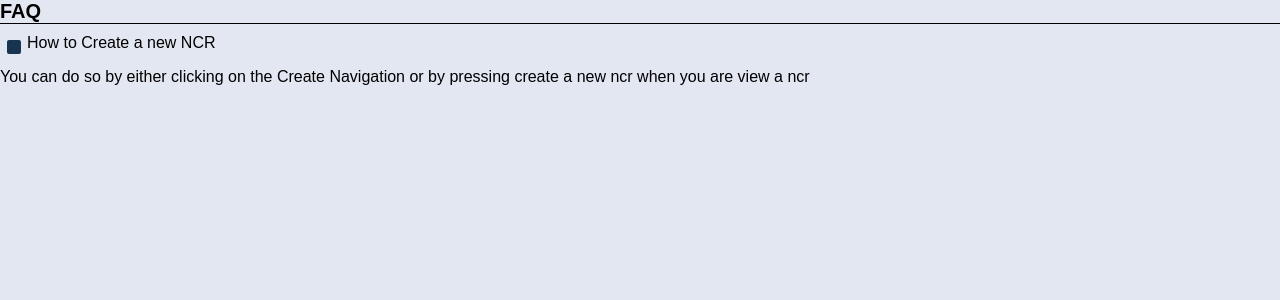
Repository: NyleNC/OSSProg1180
Page: OSS-CrossFire/faq.html
The author's editor kept a copy of each file at every save. The page is drawn from the files as they stood at one save, then again after the next save.
The browser window is 1280 px wide. The pictures show the whole page.

Above is the page before, as saved 2024-11-07 18:31:58.

### OSS-CrossFire/faq.html
<!DOCTYPE html>
<html lang="en">
<head>
    <meta charset="UTF-8">
    <meta name="viewport" content="width=device-width, initial-scale=1.0">
    <link rel="preconnect" href="https://fonts.googleapis.com">
    <link rel="preconnect" href="https://fonts.gstatic.com" crossorigin>
    <link href="https://fonts.googleapis.com/css2?family=Merriweather+Sans:wght@300;400;500&display=swap" rel="stylesheet">

    <link href='https://unpkg.com/boxicons@2.1.4/css/boxicons.min.css' rel='stylesheet'>
    <link rel="stylesheet" href="style.css">
    <title>FAQ</title>
</head>
<body>
    <div>
    <h2>FAQ</h2>
    <div>
        <input type="checkbox" for="item-1">
        <label for="item-1">How to Create a new NCR</label>
        <p>You can do so by either clicking on the Create Navigation or by pressing create a new ncr when you are view a ncr</p>
    </div>

</div>
</body>
</html>

### OSS-CrossFire/style.css
/* Radin's CSS Code */


.global-header {
    display: grid;
    grid-template-columns: repeat(2,1fr);
    grid-template-rows: 60px;
    margin: 10px 60px 0;
}

.logo img {
    max-width: 190px;
    height: auto;

}

.global-selection a{
    color:#0F0F0F
}
.form-input{
    display: inline;
    white-space: nowrap;
}



.form-input button {
    margin-top: 10px;

}

.bx.bx-search {
    padding-top: 2px;

}

.search-btn{
    background-color: #A3D6FF;
    border: 2px solid #0F0F0F;
    margin-left: 0;
}

.search-input{
    margin-top: 10px;
    margin-right: 0;
    border: 2px solid #0F0F0F;
    border-right: none;
}

.form-input{
    white-space: nowrap;
    display: flex;
}
.form-input input {
    padding-right: 10px;

}

.notifications {

    margin: 15px 20px 0 20px;

}

.employee-info{
    white-space: nowrap;
}

.employee-info p {
    font-size: 15px;
    display: inline-block;
    margin: 16px 0 20px 0 ;
    padding-bottom: 20px;
}

.settings {
    margin:17px 7px 0 20px ;
    justify-content: right;
}


.global-selection{
    display: inline-flex;
    padding-top: 5px;
    justify-content: right;
}


.navbar-pages ul{
    list-style-type: none;
    padding: 0;
    margin: 0  0 0 60px;
    overflow: hidden;
    display: inline-block;
    border-bottom: 2px solid #A3D6FF;
}

.navbar-pages a{
    color: #0F0F0F;
    text-decoration: none;
    padding: 10px 25px;
    display:block;
    text-align: center;
}
.navbar-pages a:active{
    background-color:#A3D6FF;
    font-weight: bold;
    border-bottom: 2px solid #A3D6FF;
    margin-bottom: -2px;
}

.navbar-pages li a:hover{
    color: #D81E5B;
}

.navbar-pages .active a:hover{
    color: #0F0F0F;
}

.navbar-pages{
    margin:0;
    z-index: 5;
}

.navbar-pages a{
    font-size: 18px;
}
.navbar-pages li{
    float:left;
    border-width: 4px;
    border: 2px solid #0F0F0F;
}

.navbar-pages li:nth-of-type(1){
    border-right: 0px solid #0F0F0F;
}

.navbar-pages li:nth-of-type(3){
    border-left: 0px solid #0F0F0F;
}

.navbar-pages .active {
    background-color:#A3D6FF
    ;
    font-weight: bold;
    border-bottom: 4px solid #A3D6FF;
    margin-bottom: -2px;

}

.navbar-tools{
    border-top: 2px solid #0F0F0F;
    margin-top: -7px;
}

.navbar-tools ul{
    background-color: #A3D6FF;
    margin-top: -2px;
    margin-bottom: 0;
    border-top: 2px solid #0F0F0F;
    border-bottom: 2px solid #0F0F0F;
    list-style-type: none;
    padding: 20px 60px 10px;
    display: flex;
}

.navbar-tools li{
    margin-right: 40px;

}

.navbar-tools a {
    float: right;
    padding: 3px 6px;
    text-decoration: none;
}

.navbar-tools .ddlRole{
    margin-right: 0px;
    margin-left: auto;
}

.sidebar{

    background-color: #173451;
    color: white;
    padding-top: 20px;
    padding-left: 40px;
}

.sidebar h1{
    width: 85%;
    font-weight: lighter;
    border-bottom: 2px solid #E3E7F2;
}

.filters h2{
    font-weight: bold;
    margin-top: 30px;
    font-size: 1.4em;
    border-bottom: none;
}

.filters{
    font-size: 0.8em;
    white-space: nowrap;
}


input[type='checkbox'] {
    -webkit-appearance: none;
    width: 20px;
    height: 20px;
    background: #173451;
    border-radius: 5px;
    border: 3px solid #E3E7F2;
    float: left;
}
input[type='checkbox']:checked {
    background: #3a8fff;
}

.filters label{
    display: inline-block;
    font-size: 1.1em;
    margin-left: 3px;
    margin-top: 5px;
}


input::-webkit-calendar-picker-indicator {
    opacity: 100;
}

 *:focus-visible{
    outline: 2px solid #D81E5B;
}
@media only screen and (max-width: 800px) {
    .global-header {
    margin: 10px 20px 0;
    }

    .logo img{
        max-width: 150px;
        margin-top: 5px;
    }


    .search-btn{
        background-color: #A3D6FF;
        border: 2px solid #0F0F0F;
        margin-left: 0;
    }

    .search-input{
        margin-top: 10px;
        margin-right: 0;
        border: 2px solid #0F0F0F;
        border-right: none;
    }

    .form-input{
        white-space: nowrap;
        display: flex;
    }
    .notifications {

        margin: 15px 5px 0 10px;

    }

  }

/* Yaseen's CSS Code */

  * {
    box-sizing: border-box;
  }

.column-1 h2{
    margin-top: 20px;
    margin-bottom: 10px;
    margin-left: 10px;
    border-bottom: 1px solid black;
}

.ncr-table-body td {
    padding-right: 5em;
}

.pagination {
    float: right;
}

.pageCount {
    padding-right: 50px;
}

.pageButtons, .pageCount {
    display: inline-block;
}

.pageButtons {
    background-color: transparent;
    border: none;
    font-size: 16pt;
    padding: 0;
    color: #173451;
    transition: background-color 0.3s ;
}

.pageButtons:hover{
    background-color: #A3D6FF;
}

.column {
    margin-top: 1.5em;
    display: grid;
    grid-template-columns: 50% 50%;
    gap: 2em;
    padding-right: 5em;
    padding-left: 3em;
    margin-bottom: 1.5em;
  }

.column-1 {
    display: block;
    margin-bottom:80px;
    margin-right: 30px;
    margin-left: 30px;

}

.ncr-footer{
    display: block;
    padding-bottom: 30px;
}

main{
    margin: 0;
    padding: 0
}

.filter-menu {
    background-color: #555;
}

.row, .row1 {
    padding: 20px;
    border: 1px solid black;
    border-radius: 1.5em;
}

#table-4 {
    margin-bottom: 9.5em;
}

.row1-ncr{
    padding:0;
    padding-left: 40px;
    padding-right: 40px;
    padding-bottom: 50px;
    border: 1px solid black;
    border-radius: 1.5em;
    margin-top: 1em;
    margin-right: 0;
    margin-bottom: auto;
}



table {
    width: 100%;
    overflow-x: auto;
    white-space: nowrap;
    text-align: left;
}

td, th {
    padding: 5px;
    padding-right: 2.5em;
}

.hidden {
    clip: rect(0 0 0 0);
    clip-path: inset(50%);
    height: 1px;
    overflow: hidden;
    position: absolute;
    white-space: nowrap;
    width: 1px;
  }

  .table-content {
    display: block;
    overflow-x: scroll;
    white-space: nowrap;
  }

/* scrollbar style */
::-webkit-scrollbar {
    width: 10px;
  }

  ::-webkit-scrollbar-track {
    background: transparent;
    border-radius: 10px;
  }

  ::-webkit-scrollbar-thumb {
    background: #173451;
    border-radius: 10px;
  }

  ::-webkit-scrollbar-thumb:hover {
    background: #555;
  }



  /* New CSS */
  /* Global Styles */
body {
    /*
    display : flex;
    flex-direction: column; */
    height: 100%;
    box-sizing: border-box;
    margin: 0;
    padding: 0;
    font-family: sans-serif;
    background-color: #E3E7F2;
}

/* Header Styles */
.global-header {
    display: grid;
    grid-template-columns: repeat(2, 1fr);
    grid-template-rows: 60px;
    margin: 10px 60px 0;
}

.logo img {
    max-width: 190px;
    height: auto;
}

.global-selection a {
    color: #0F0F0F;
}

/* Form Input Styles */
.form-input {
    display: inline-flex;
    white-space: nowrap;
}

.form-input button {
    margin-top: 10px;
}

.bx.bx-search {
    padding-top: 2px;
}

.search-btn {
    background-color: #A3D6FF;
    border: 2px solid #0F0F0F;
    margin-left: 0;
}

.search-input {
    margin-top: 10px;
    margin-right: 0;
    border: 2px solid #0F0F0F;
    border-right: none;
}

/* Notification and Employee Info Styles */
.notifications {
    margin: 15px 20px 0 20px;
}

.employee-info {
    white-space: nowrap;
}

.employee-info p {
    font-size: 15px;
    display: inline-block;
    margin: 16px 0 20px 0;
    padding-bottom: 20px;
}

/* Settings and Global Selection Styles */
.settings {
    margin: 17px 7px 0 20px;
    justify-content: right;
}

.global-selection {
    display: inline-flex;
    padding-top: 5px;
    justify-content: right;
}

/* Navbar Styles */
.navbar-pages {
    margin: 0;
    z-index: 5;
}

.navbar-pages ul {
    list-style-type: none;
    padding: 0;
    margin: 0 0 0 60px;
    overflow: hidden;
    display: inline-block;
    border-bottom: 2px solid #A3D6FF;
}

.navbar-pages li {
    float: left;
    border: 2px solid #0F0F0F;
}

.navbar-pages li:nth-of-type(even) {
    border-right: 2px solid #0F0F0F; /* Specify style */
    border-left: 2px solid #0F0F0F; /* Specify style */
}

.navbar-pages a {
    color: #0F0F0F;
    text-decoration: none;
    padding: 10px 25px;
    display: block;
    text-align: center;
    font-size: 18px;
}

.navbar-pages a:active {
    background-color: #A3D6FF;
    font-weight: bold;
    border-bottom: 2px solid #A3D6FF;
    margin-bottom: -2px;
}

.navbar-pages a:hover {
    color: #D81E5B;
}

.navbar-pages .active {
    background-color: #A3D6FF;
    font-weight: bold;
    border-bottom: 4px solid #A3D6FF;
    margin-bottom: -2px;
}

/* Navbar Tools Styles */
.navbar-tools {
    border-top: 2px solid #0F0F0F;
    margin-top: -7px;
}

.navbar-tools ul {
    background-color: #A3D6FF;
    margin-top: -2px;
    margin-bottom: 0;
    border-top: 2px solid #0F0F0F;
    border-bottom: 2px solid #0F0F0F;
    list-style-type: none;
    padding: 20px 60px 10px;
    display: flex;
}

.navbar-tools li {
    margin-right: 40px;
}

.navbar-tools a {
    float: right;
    padding: 3px 6px;
}

.navbar-tools .ddlRole {
    margin-right: 0;
    margin-left: auto;
}

/* Input Styles for Date Picker */
input::-webkit-calendar-picker-indicator {
    opacity: 100;
}

/* Focus Styles */
*:focus-visible {
    outline: 2px solid #D81E5B;
}

/* Media Queries for Responsiveness */
@media only screen and (max-width: 800px) {
    .global-header {
        margin: 10px 20px 0;
    }

    .logo img {
        max-width: 150px;
        margin-top: 5px;
    }

    .notifications {
        margin: 15px 5px 0 10px;
    }
}


/* Sahil's CSS */
/* Main elements for forms */
.create-main {
    padding: 25px 50px;
    background-color: #e5ecf4;
    border-radius: 8px;
}

.ncr-main{
    display: grid;
    grid-template-columns: 18% 82%;
}

footer {
    text-align: center;
    background-color: #173451;
    color: white;
    padding: 10px 0;
}

/* Header styles for forms */
.head-top {
    display: flex;
    justify-content: space-between;
    align-items: center;
    padding: 10px;
    padding-right: 28px;
}

.head-top .logo img {
    height: 100px;
    margin-left: 6px;
    border-radius: 8px;
}

.head-top h1 {
    color: #173451;
    font-size: 22px;
    font-weight: bold;
}

/* Form styles */
h2 {
    border-bottom: 1px solid black;
    font-size: 20px;
    margin-top: 0;
    margin-bottom: 10px;
}

.edit-p {
    background-color: #ff7772;
    border-radius: 5px;
    margin-bottom: 20px;
    line-height: 1.5;
}

fieldset {
    border: 2px solid #5897c9;
    border-radius: 6px;
    margin-top: 20px;
    padding: 20px;
    background-color: #f9f9f9;
}

legend {
    font-size: 1.2em;
    color: #173451;
    font-weight: 600;
}

.form-group {
    display: flex;
    align-items: center;
    margin-bottom: 20px;
}

.left-side,
.right-side {
    flex: 1;
    margin-right: 10px;
}

.right-side {
    margin-right: 0;
}

label {
    width: 140px;
    font-weight: 500;
}

/* CSS for individual elements */
.size-css {
    width: 60%;
    padding: 5px;
}

.form-group select {
    width: 200px;
}

/* Input Styles */
input[type="text"],
input[type="number"],
input[type="date"],
textarea,
select {
    width: 250px;
    padding: 5px;
    border: 1px solid #322f4a;
    border-radius: 5px;
    transition: border-color 0.3s;
}

input[type="text"]:focus,
input[type="number"]:focus,
input[type="date"]:focus,
textarea:focus,
select:focus {
    border-color: #5897c9;
}

textarea {
    width: 60%;
    height: 100px;
}

/* Button Container */
.btnContainer {
    display: flex;
    justify-content: flex-start;
    margin-top: 20px;
}

/* Button Styles */
.btnSubmit,
.btnCancel,
.btnEdit,
.btnSave {
    width: 150px;
    padding: 10px 15px;
    border: 2px solid #173451;
    border-radius: 5px;
    cursor: pointer;
    font-weight: bold;
    transition: background-color 0.3s;
    margin-right: 10px;
}

.btnSubmit {
    background-color: #5897c9;
    color: white;
}

.btnSubmit:hover {
    background-color: #4a80b2;
}

.btnCancel {
    background-color: #d9534f;
    color: white;
}

.btnCancel:hover {
    background-color: #c9302c;
}

.btnEdit,
.btnSave {
    background-color: #5897c9;
    color: white;
}

.btnEdit:hover,
.btnSave:hover {
    background-color: #4a80b2;
}

/* Popup Styles */
.popup {
    position: fixed;
    top: 0;
    left: 0;
    width: 100%;
    height: 100%;
    background-color: rgba(229, 236, 244, 0.6);
    display: flex;
    justify-content: center;
    align-items: center;
}

.popup-content {
    border: 2px solid #173451;
    background-color: #e5ecf4;
    padding: 20px;
    border-radius: 5px;
    text-align: center;
}

.popup-content button {
    padding: 10px 15px;
    border: 2px solid #173451;
    border-radius: 5px;
    cursor: pointer;
    font-weight: bold;
    transition: background-color 0.3s;
    margin: 5px;
    background-color: #5897c9;
    color: white;
}

.popup-content button:last-child {
    background-color: #d9534f;
}

.popup-content button:last-child:hover {
    background-color: #c9302c;
}

.popup-content button:hover {
    background-color: #4a80b2;
}
input:disabled, textarea:disabled, select:disabled {
    background-color: #c40707;
    border: 1px solid #0a0a0a;
    cursor: not-allowed;
    opacity: 0.6;
}

/* FAq css*/

.faq-container {
    max-width: 600px;
    margin: 0 auto;
    background-color: #fff;
    border-radius: 10px;
    box-shadow: 0 4px 8px rgba(0, 0, 0, 0.1);
    padding: 20px;
}

After the next save:
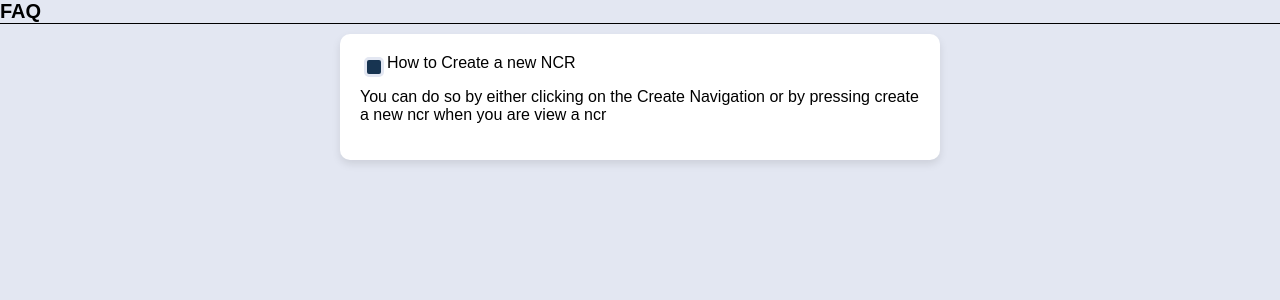
Saved 10 s later.
--- a/OSS-CrossFire/faq.html
+++ b/OSS-CrossFire/faq.html
@@ -14,7 +14,7 @@
 <body>
     <div>
     <h2>FAQ</h2>
-    <div>
+    <div class="faq-container">
         <input type="checkbox" for="item-1">
         <label for="item-1">How to Create a new NCR</label>
         <p>You can do so by either clicking on the Create Navigation or by pressing create a new ncr when you are view a ncr</p>
